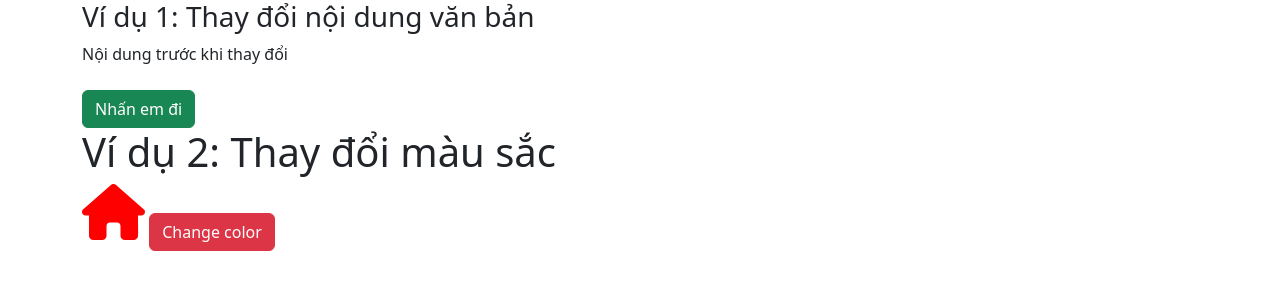
Repository: hcozyph/cyberSoft_JS_fulldocs
Page: JS_2/index.html
The author's editor kept a copy of each file at every save. The page is drawn from the files as they stood at one save, then again after the next save.
The browser window is 1280 px wide. The pictures show the whole page.
After loading, the first visible `button.btn-danger` was clicked once.

Above is the page before, as saved 2023-01-21 18:20:27.

### JS_2/index.html
<!-- bs5-$ -->
<!DOCTYPE html>
<html lang="en">
    <head>
        <title>Title</title>
        <!-- Required meta tags -->
        <meta charset="utf-8" />
        <meta
            name="viewport"
            content="width=device-width, initial-scale=1, shrink-to-fit=no"
        />

        <!-- Bootstrap CSS v5.2.1 -->
        <link
            href="https://cdn.jsdelivr.net/npm/bootstrap@5.2.1/dist/css/bootstrap.min.css"
            rel="stylesheet"
            integrity="sha384-iYQeCzEYFbKjA/T2uDLTpkwGzCiq6soy8tYaI1GyVh/UjpbCx/TYkiZhlZB6+fzT"
            crossorigin="anonymous"
        />

        <!-- FontAwesome 6.2.0 CSS -->
        <link
            rel="stylesheet"
            href="https://cdnjs.cloudflare.com/ajax/libs/font-awesome/6.2.0/css/all.min.css"
            integrity="sha512-xh6O/CkQoPOWDdYTDqeRdPCVd1SpvCA9XXcUnZS2FmJNp1coAFzvtCN9BmamE+4aHK8yyUHUSCcJHgXloTyT2A=="
            crossorigin="anonymous"
            referrerpolicy="no-referrer"
        />
    </head>

    <body>
        <div class="container">
            <h1 class="fs-3">Ví dụ 1: Thay đổi nội dung văn bản</h1>
            <p id="txtNoiDung">Nội dung trước khi thay đổi</p>
            <button
                class="btn btn-success mt-2"
                id="btnThayDoi"
                onclick="thayDoiNoiDung()"
            >
                Nhấn em đi
            </button>

            <h1>Ví dụ 2: Thay đổi màu sắc</h1>
            <i style="color: green" class="fa fa-home display-4" id="home"></i>

            <button class="btn btn-danger mt-2" onclick="changeColor()">
                Change color
            </button>
        </div>
        <!-- Bootstrap JavaScript Libraries -->
        <script
            src="https://cdn.jsdelivr.net/npm/@popperjs/core@2.11.6/dist/umd/popper.min.js"
            integrity="sha384-oBqDVmMz9ATKxIep9tiCxS/Z9fNfEXiDAYTujMAeBAsjFuCZSmKbSSUnQlmh/jp3"
            crossorigin="anonymous"
        ></script>

        <script
            src="https://cdn.jsdelivr.net/npm/bootstrap@5.2.1/dist/js/bootstrap.min.js"
            integrity="sha384-7VPbUDkoPSGFnVtYi0QogXtr74QeVeeIs99Qfg5YCF+TidwNdjvaKZX19NZ/e6oz"
            crossorigin="anonymous"
        ></script>

        <!-- js: customize -->
        <script src="./index.js"></script>
    </body>
</html>

### JS_2/index.js

//Ví dụ 1: thay đổi nội dung
function thayDoiNoiDung() {
    var thayDoiNoiDung = document.getElementById('txtNoiDung');
    thayDoiNoiDung.innerHTML = 'Nội dung sau khi thay đổi';
}

//Ví dụ 2: Thay đổi màu sắc
function changeColor () {
    var tagHome = document.getElementById('home');
    tagHome.style.color = 'red';
}

After the next save:
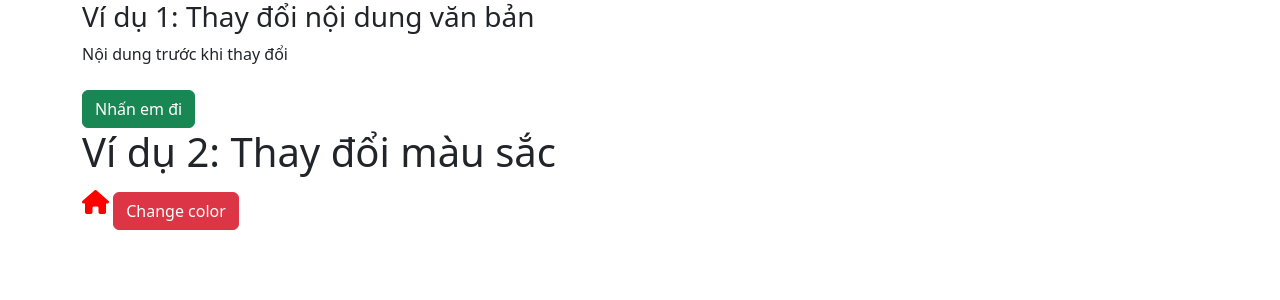
Saved 2 min 45 s later.
--- a/JS_2/index.js
+++ b/JS_2/index.js
@@ -9,4 +9,5 @@ function thayDoiNoiDung() {
 function changeColor () {
     var tagHome = document.getElementById('home');
     tagHome.style.color = 'red';
+    tagHome.style.fontSize = '24px';
 }
